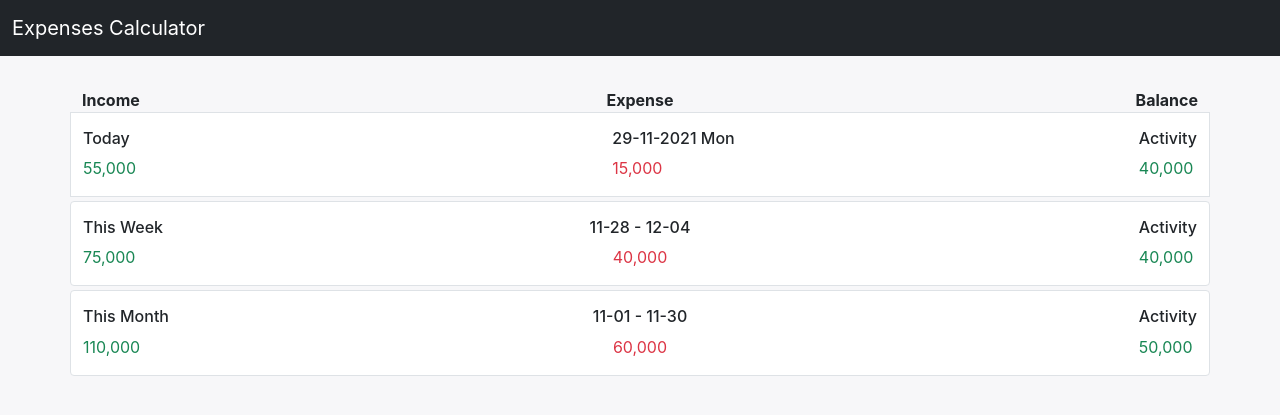
Repository: eidankhan/expenses-calculator
Page: /
These files come from the project's save history. The page is drawn as it stood at one moment and after the next save; the edit follows.
The browser window is 1280 px wide. The pictures show the whole page.
The project was rebuilt for these pictures with package versions that can differ from the ones it lists, and the page was loaded fresh each time. Also part of the build but not shown: src/components/SaveIncome.js.

Above is the page before, as saved 2021-11-29 18:36:51.

After the next save:
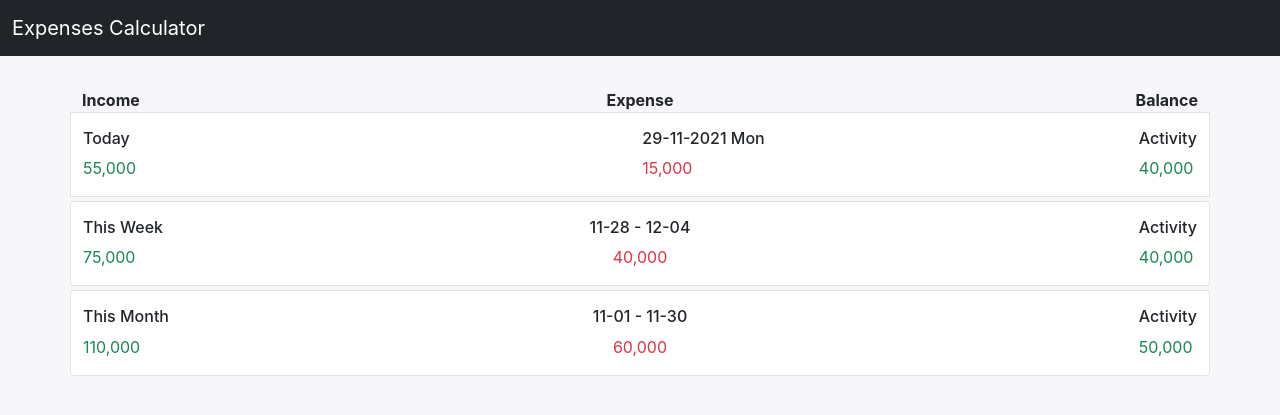
Saved 8 s later.
--- a/src/components/IncomeSummary.js
+++ b/src/components/IncomeSummary.js
@@ -20,7 +20,7 @@ export const IncomeSummary = () => {
           <p className="text-success"> 55,000</p>
         </div>
         <div className="col-md-4 mt-3">
-          <div style={{marginLeft: "150px"}}>
+          <div style={{marginLeft: "180px"}}>
             <h6> 29-11-2021 Mon </h6>
             <p className="text-danger"> 15,000</p>
           </div>
